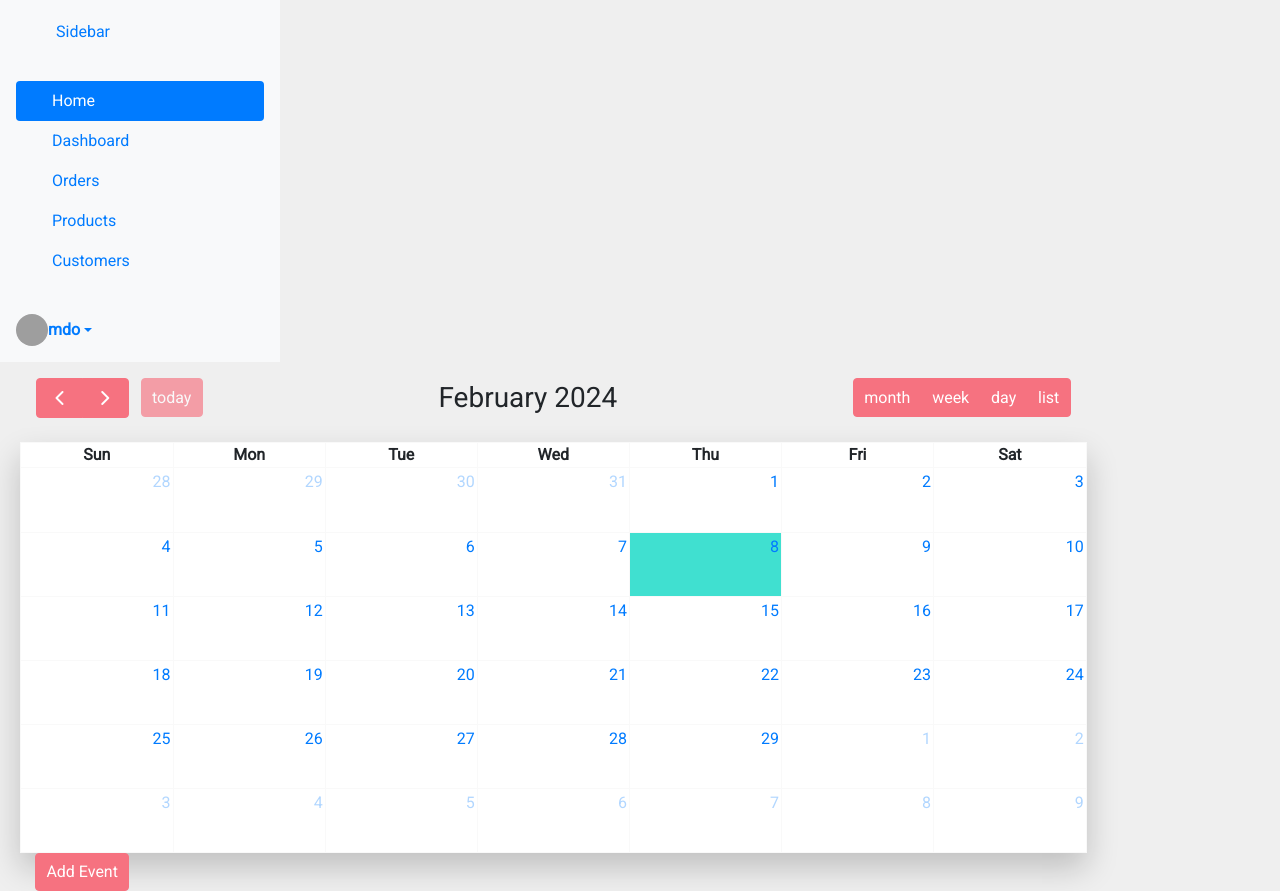
Repository: marios-petrov/NuPath
Page: softwareengineering1/calendarapp/templates/dataTest.html
An editor plug-in stored every save of this project. The page is shown before and after the next save, followed by the edit.
The browser window is 1280 px wide. The pictures show the whole page.
Pictures or frames that could not be fetched are drawn as grey boxes. The template is drawn by Django 5.2. The application's start-up code is not run. Other server files are loaded and not shown. The template is opened directly, without the code that normally fills it, so the values that code supplies are empty.

Above is the page before, as saved 2024-02-21 19:42:15.

### softwareengineering1/calendarapp/templates/dataTest.html
<!--initial calendar js, css, and bootstrap from https://colorlib.com/wp/template/calendar-20/-->
<!--https://colorlib.com/wp/bootstrap-calendars/ last visited: 2/19/2024-->

{% extends "base.html" %}

{% block content %}
{%load static %}

<div id='calendar-container' class='col-10 px-0'>
    <div id='calendar'></div>
    <div class="col-2">
        <button class="fc-dayGridMonth-button fc-button fc-button-primary fc-button-active">Add Event</button>
    </div>
</div>

<script src="{% static 'js/jquery-3.3.1.min.js' %}"></script>
<script src="{% static 'js/popper.min.js' %}"></script>
<script src="{% static 'js/bootstrap.min.js' %}"></script>

<!-- Include your static JavaScript files -->
<script src="{% static 'fullcalendar/packages/core/main.js' %}"></script>
<script src="{% static 'fullcalendar/packages/interaction/main.js' %}"></script>
<script src="{% static 'fullcalendar/packages/daygrid/main.js' %}"></script>
<script src="{% static 'fullcalendar/packages/timegrid/main.js' %}"></script>
<script src="{% static 'fullcalendar/packages/list/main.js' %}"></script>

<script>
    document.addEventListener('DOMContentLoaded', function () {
        var calendarEl = document.getElementById('calendar');

        var calendar = new FullCalendar.Calendar(calendarEl, {
            plugins: ['interaction', 'dayGrid', 'timeGrid', 'list'],
            height: 'parent',
            header: {
                left: 'prev,next today',
                center: 'title',
                right: 'dayGridMonth,timeGridWeek,timeGridDay,listWeek'
            },
            defaultView: 'dayGridMonth',
            defaultDate: '2024-02-01',
            navLinks: true, // can click day/week names to navigate views
            editable: true,
            eventLimit: true, // allow "more" link when too many events
            events: [
            {% for e in events %}
                {
                    title: '{{e.title}}',
                    start: '{{e.startTime|date:"c"}}',
                    end: '{{e.endTime|date:"c"}}',
                },
            {% endfor %}
            ]
        });

        calendar.render();
    });
</script>

{% endblock %}

### softwareengineering1/softwareengineering1/templates/base.html
<!doctype html>
<html lang="en">

  <head>
    <!-- Required meta tags -->
    <meta charset="utf-8">
    <meta name="viewport" content="width=device-width, initial-scale=1">
    <link href="https://fonts.googleapis.com/css?family=Roboto:300,400&display=swap" rel="stylesheet">
    <link href="https://fonts.googleapis.com/css?family=Poppins:300,400,500&display=swap" rel="stylesheet">

    <!-- Include your static CSS files -->
    {% load static %}
    <link rel="stylesheet" href="{% static 'fonts/icomoon/style.css' %}">
    <link href="{% static 'fullcalendar/packages/core/main.css' %}" rel="stylesheet">
    <link href="{% static 'fullcalendar/packages/daygrid/main.css' %}" rel="stylesheet">

    <!-- Bootstrap CSS -->
    <link rel="stylesheet" href="{% static 'css/bootstrap.min.css' %}">

    <!-- Style -->
    <link rel="stylesheet" href="{% static 'css/style.css' %}">

    <title>Novo Ninja</title>
  </head>
<body>
  <div class='container min-vw-100 justify-content'>
    <div class='row'>
  {% include 'navbar.html' %}

  {% block content %}

  {% endblock %}
</div>
</div>
</body>
</html>

### softwareengineering1/navbar/templates/navbar.html
<div class="d-flex flex-column flex-shrink-0 p-3 bg-light" style="width: 280px;">
    <a href="/" class="d-flex align-items-center mb-3 mb-md-0 me-md-auto link-dark text-decoration-none">
      <svg class="bi me-2" width="40" height="32"><use xlink:href="#bootstrap"></use></svg>
      <span class="fs-4">Sidebar</span>
    </a>
    <hr>
    <ul class="nav nav-pills flex-column mb-auto">
      <li class="nav-item">
        <a href="#" class="nav-link active" aria-current="page">
          <svg class="bi me-2" width="16" height="16"><use xlink:href="#home"></use></svg>
          Home
        </a>
      </li>
      <li>
        <a href="#" class="nav-link link-dark">
          <svg class="bi me-2" width="16" height="16"><use xlink:href="#speedometer2"></use></svg>
          Dashboard
        </a>
      </li>
      <li>
        <a href="#" class="nav-link link-dark">
          <svg class="bi me-2" width="16" height="16"><use xlink:href="#table"></use></svg>
          Orders
        </a>
      </li>
      <li>
        <a href="#" class="nav-link link-dark">
          <svg class="bi me-2" width="16" height="16"><use xlink:href="#grid"></use></svg>
          Products
        </a>
      </li>
      <li>
        <a href="#" class="nav-link link-dark">
          <svg class="bi me-2" width="16" height="16"><use xlink:href="#people-circle"></use></svg>
          Customers
        </a>
      </li>
    </ul>
    <hr>
    <div class="dropdown">
      <a href="#" class="d-flex align-items-center link-dark text-decoration-none dropdown-toggle" id="dropdownUser2" data-bs-toggle="dropdown" aria-expanded="false">
        <img src="https://github.com/mdo.png" alt="" width="32" height="32" class="rounded-circle me-2">
        <strong>mdo</strong>
      </a>
      <ul class="dropdown-menu text-small shadow" aria-labelledby="dropdownUser2">
        <li><a class="dropdown-item" href="#">New project...</a></li>
        <li><a class="dropdown-item" href="#">Settings</a></li>
        <li><a class="dropdown-item" href="#">Profile</a></li>
        <li><hr class="dropdown-divider"></li>
        <li><a class="dropdown-item" href="#">Sign out</a></li>
      </ul>
    </div>
  </div>

### softwareengineering1/softwareengineering1/static/fullcalendar/packages/daygrid/main.css
/* DayGridView
--------------------------------------------------------------------------------------------------*/
/* day row structure */
.fc-dayGridWeek-view .fc-content-skeleton,
.fc-dayGridDay-view .fc-content-skeleton {
  /* there may be week numbers in these views, so no padding-top */
  padding-bottom: 1em;
  /* ensure a space at bottom of cell for user selecting/clicking */
}

.fc-dayGrid-view .fc-body .fc-row {
  min-height: 4em;
  /* ensure that all rows are at least this tall */
}

/* a "rigid" row will take up a constant amount of height because content-skeleton is absolute */
.fc-row.fc-rigid {
  overflow: hidden;
}

.fc-row.fc-rigid .fc-content-skeleton {
  position: absolute;
  top: 0;
  left: 0;
  right: 0;
}

/* week and day number styling */
.fc-day-top.fc-other-month {
  opacity: 0.3;
}

.fc-dayGrid-view .fc-week-number,
.fc-dayGrid-view .fc-day-number {
  padding: 2px;
}

.fc-dayGrid-view th.fc-week-number,
.fc-dayGrid-view th.fc-day-number {
  padding: 0 2px;
  /* column headers can't have as much v space */
}

.fc-ltr .fc-dayGrid-view .fc-day-top .fc-day-number {
  float: right;
}

.fc-rtl .fc-dayGrid-view .fc-day-top .fc-day-number {
  float: left;
}

.fc-ltr .fc-dayGrid-view .fc-day-top .fc-week-number {
  float: left;
  border-radius: 0 0 3px 0;
}

.fc-rtl .fc-dayGrid-view .fc-day-top .fc-week-number {
  float: right;
  border-radius: 0 0 0 3px;
}

.fc-dayGrid-view .fc-day-top .fc-week-number {
  min-width: 1.5em;
  text-align: center;
  background-color: #f2f2f2;
  color: #808080;
}

/* when week/day number have own column */
.fc-dayGrid-view td.fc-week-number {
  text-align: center;
}

.fc-dayGrid-view td.fc-week-number > * {
  /* work around the way we do column resizing and ensure a minimum width */
  display: inline-block;
  min-width: 1.25em;
}

### softwareengineering1/softwareengineering1/static/css/style.css
body {
  font-family: "Roboto", -apple-system, BlinkMacSystemFont, "Segoe UI", Roboto, "Helvetica Neue", Arial, "Noto Sans", sans-serif, "Apple Color Emoji", "Segoe UI Emoji", "Segoe UI Symbol", "Noto Color Emoji";
  background-color: #efefef; }

p {
  color: #b3b3b3;
  font-weight: 300; }

h1, h2, h3, h4, h5, h6,
.h1, .h2, .h3, .h4, .h5, .h6 {
  font-family: "Roboto", -apple-system, BlinkMacSystemFont, "Segoe UI", Roboto, "Helvetica Neue", Arial, "Noto Sans", sans-serif, "Apple Color Emoji", "Segoe UI Emoji", "Segoe UI Symbol", "Noto Color Emoji"; }

a {
  -webkit-transition: .3s all ease;
  -o-transition: .3s all ease;
  transition: .3s all ease; }
  a, a:hover {
    text-decoration: none !important; }

.content {
  padding: 7rem 0; }

h2 {
  font-size: 20px; }

.form-control:active, .form-control:focus {
  outline: none;
  -webkit-box-shadow: none;
  box-shadow: none; }

#calendar {
  margin: 0 auto; }
  #calendar .fc-view-container {
    background-color: #fff;
    -webkit-box-shadow: 0 15px 30px 0 rgba(0, 0, 0, 0.2);
    box-shadow: 0 15px 30px 0 rgba(0, 0, 0, 0.2); }
  #calendar .fc-toolbar.fc-header-toolbar .fc-center {
    display: block; }

#calendar-container {
  top: 0;
  left: 20px;
  right: 20px;
  bottom: 20px; }

.fc-header-toolbar {
  /*
    the calendar will be butting up against the edges,
    but let's scoot in the header's buttons
    */
  padding-top: 1em;
  padding-left: 1em;
  padding-right: 1em; }

@media (max-width: 767.98px) {
  .fc-toolbar {
    display: block !important;
    text-align: center; }
    .fc-toolbar .fc-center {
      display: block;
      margin-top: 20px;
      margin-bottom: 20px; } }

Loaded but not shown: softwareengineering1/softwareengineering1/static/fonts/icomoon/style.css (common file); softwareengineering1/softwareengineering1/static/css/bootstrap.min.css (library); softwareengineering1/softwareengineering1/static/js/jquery-3.3.1.min.js (library); softwareengineering1/softwareengineering1/static/js/popper.min.js (library); softwareengineering1/softwareengineering1/static/js/bootstrap.min.js (library); softwareengineering1/softwareengineering1/static/fullcalendar/packages/core/main.js (library); softwareengineering1/softwareengineering1/static/fullcalendar/packages/interaction/main.js (2143 lines, source omitted); softwareengineering1/softwareengineering1/static/fullcalendar/packages/daygrid/main.js (1641 lines, source omitted); softwareengineering1/softwareengineering1/static/fullcalendar/packages/timegrid/main.js (1357 lines, source omitted); softwareengineering1/softwareengineering1/static/fullcalendar/packages/list/main.js (343 lines, source omitted); softwareengineering1/softwareengineering1/static/fullcalendar/packages/core/main.css (1058 lines, source omitted)

After the next save:
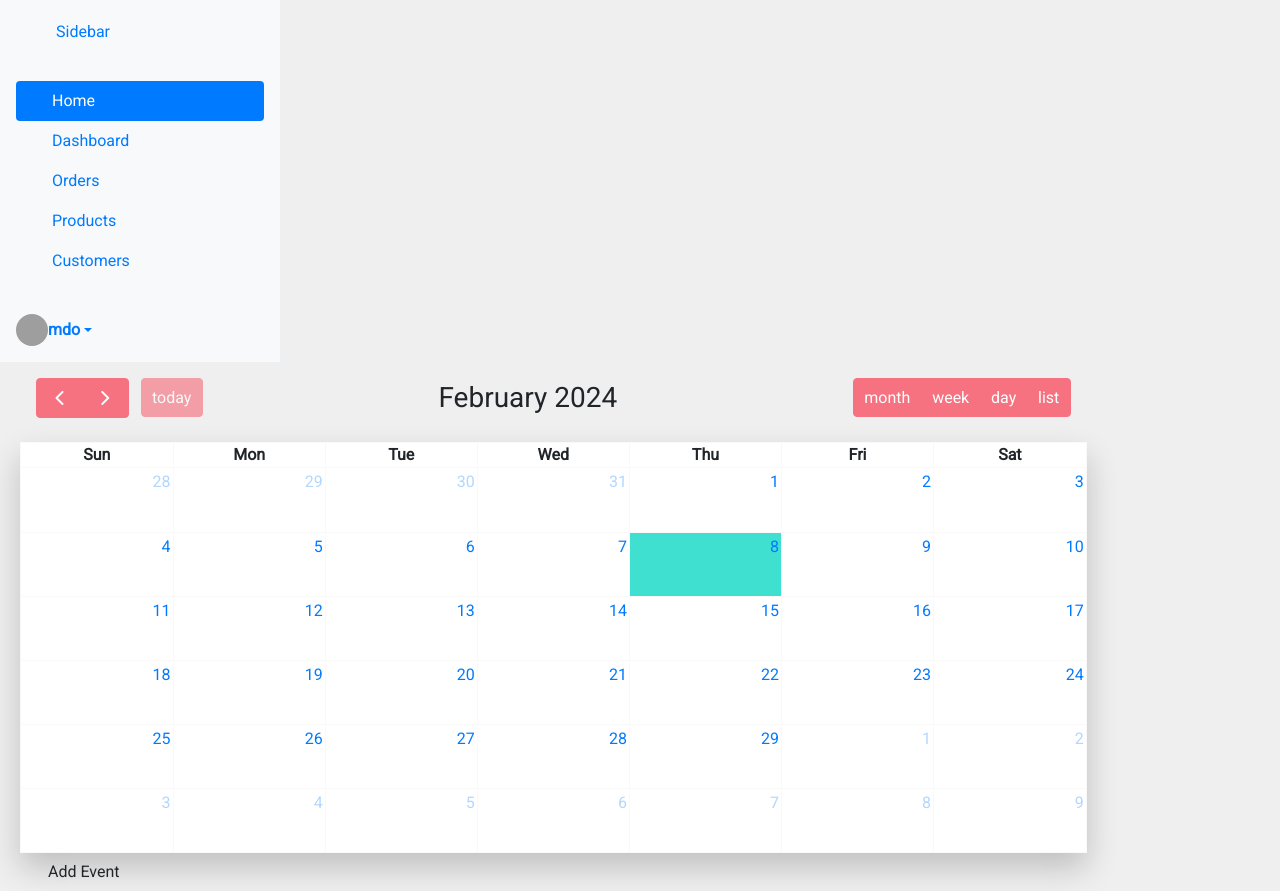
Saved 15 s later.
--- a/softwareengineering1/calendarapp/templates/dataTest.html
+++ b/softwareengineering1/calendarapp/templates/dataTest.html
@@ -9,7 +9,7 @@
 <div id='calendar-container' class='col-10 px-0'>
     <div id='calendar'></div>
     <div class="col-2">
-        <button class="fc-dayGridMonth-button fc-button fc-button-primary fc-button-active">Add Event</button>
+        <button class="btn fc-button-primary">Add Event</button>
     </div>
 </div>
 
